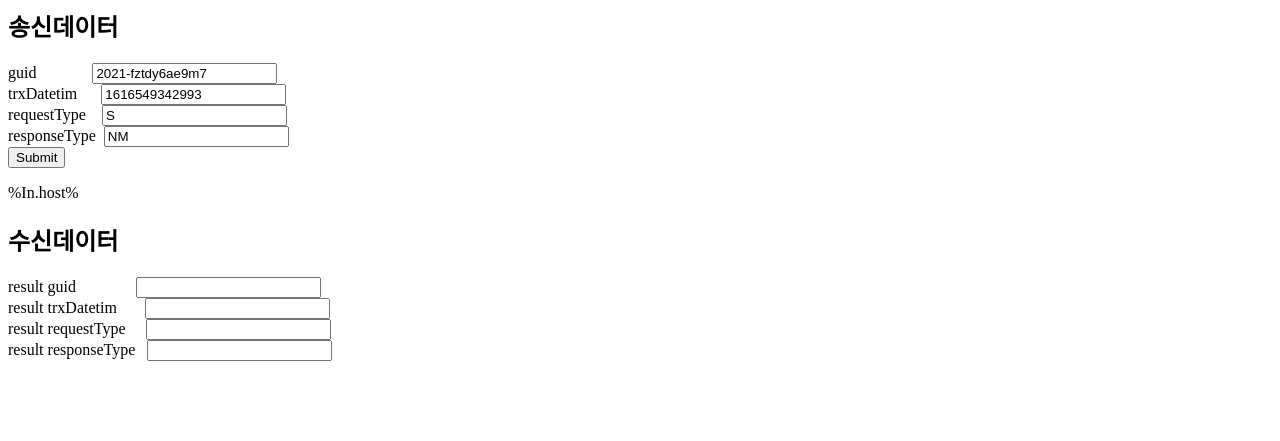
Repository: kchan75/kakaobank
Page: inserver/src/main/resources/static/index.html
These files come from the project's save history. The page is drawn as it stood at one moment and after the next save; the edit follows.
The browser window is 1280 px wide. The pictures show the whole page.

Above is the page before, as saved 2021-03-24 09:58:32.
Console error: SyntaxError: missing ) after argument list

After the next save:
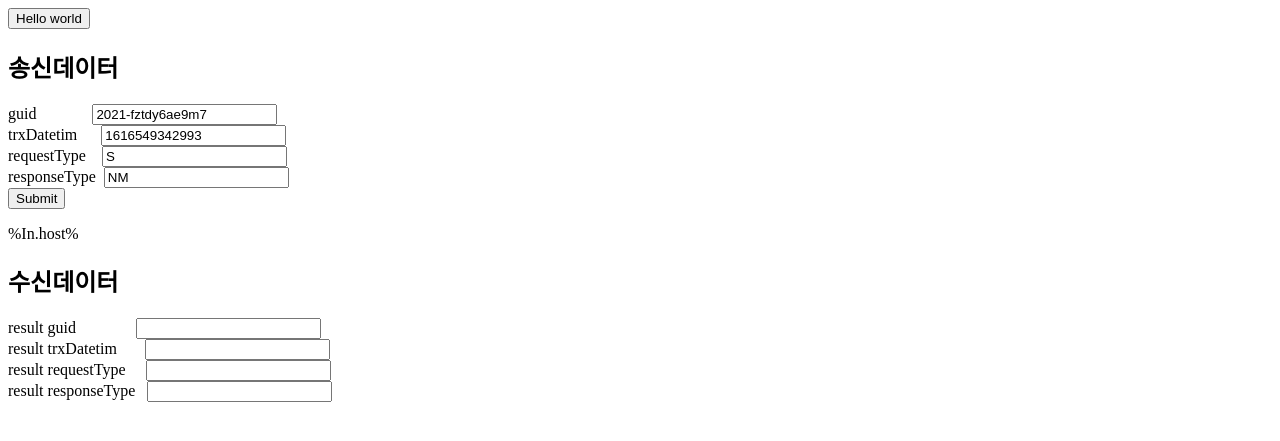
Saved 12 s later.
--- a/inserver/src/main/resources/static/index.html
+++ b/inserver/src/main/resources/static/index.html
@@ -12,6 +12,7 @@
 </head>
 
 <body >
+	<input type="button" id="hw" value="Hello world" />
 	<h2>송신데이터</h2>
 	<div id="sendCommon"></div>
 	<div id="sendbiz"></div>
